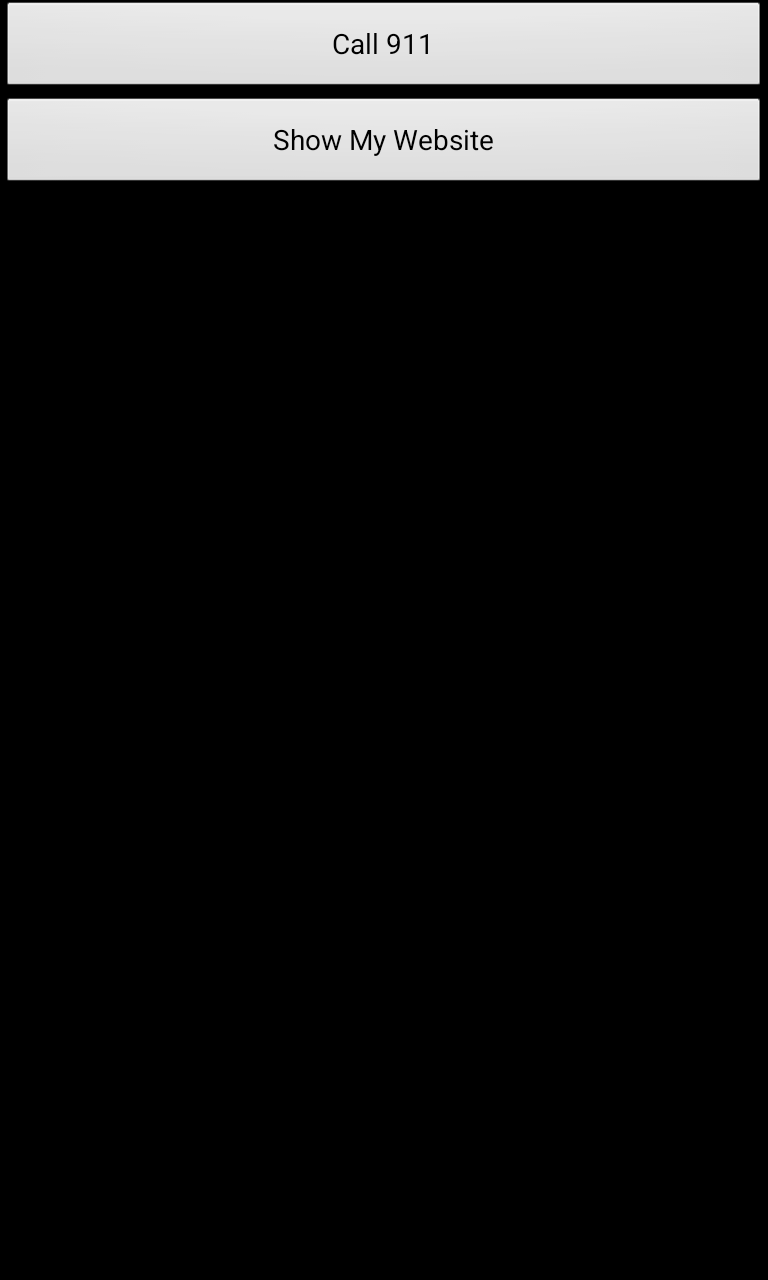
Repository: smartapps08/addteqtutorials
Layout: Implicit Intents Demo/res/layout/main.xml
An editor plug-in stored every save of this project. The layout is shown before and after the next save, followed by the edit.
It is drawn on a 768 x 1280 px phone screen (xhdpi) without system bars, with theme android:Theme; the app's code is not run.

Above is the layout before, as saved 2012-06-08 17:44:09.

After the next save:
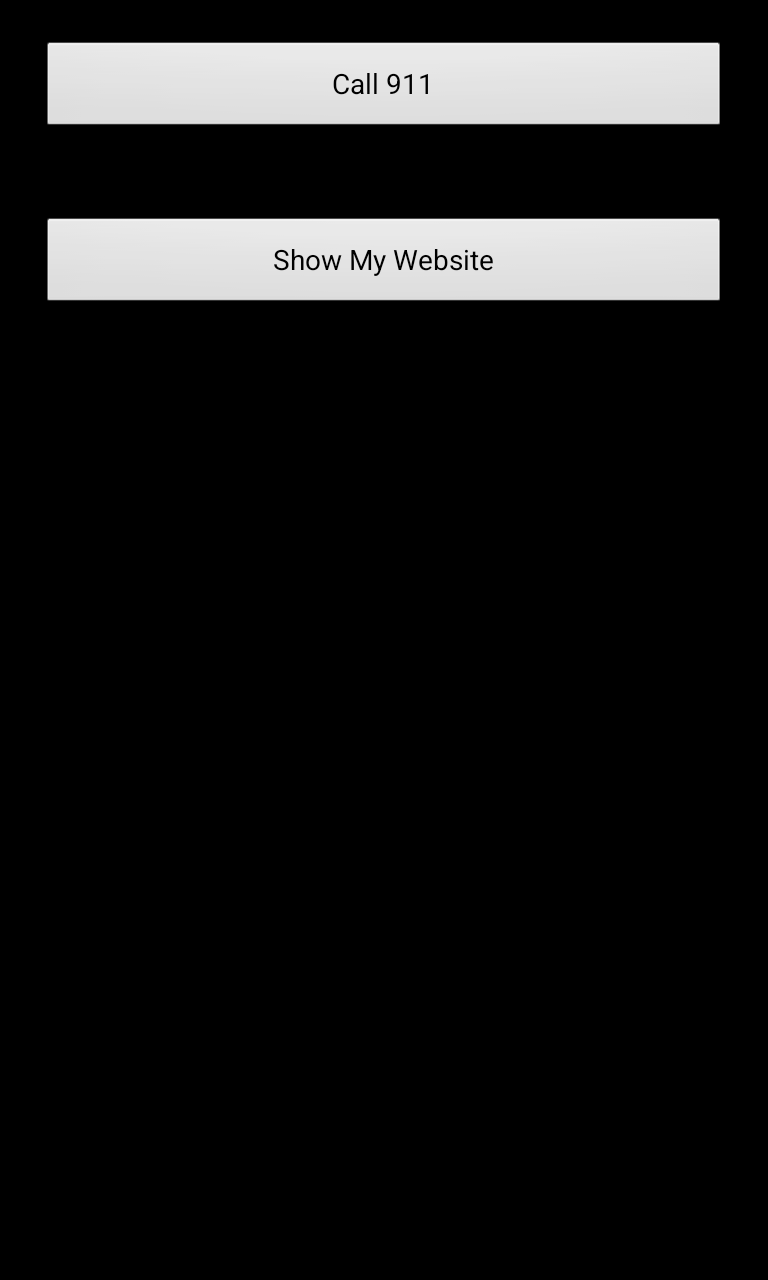
Saved 28 s later.
--- a/Implicit Intents Demo/res/layout/main.xml
+++ b/Implicit Intents Demo/res/layout/main.xml
@@ -6,12 +6,14 @@
 
     <Button
         android:id="@+id/btnDial"
+        android:layout_margin="20dp"
         android:layout_width="fill_parent"
         android:layout_height="wrap_content"
         android:text="Call 911" />
 
     <Button
         android:id="@+id/btnBrowse"
+        android:layout_margin="20dp"
         android:layout_width="fill_parent"
         android:layout_height="wrap_content"
         android:text="Show My Website" />
